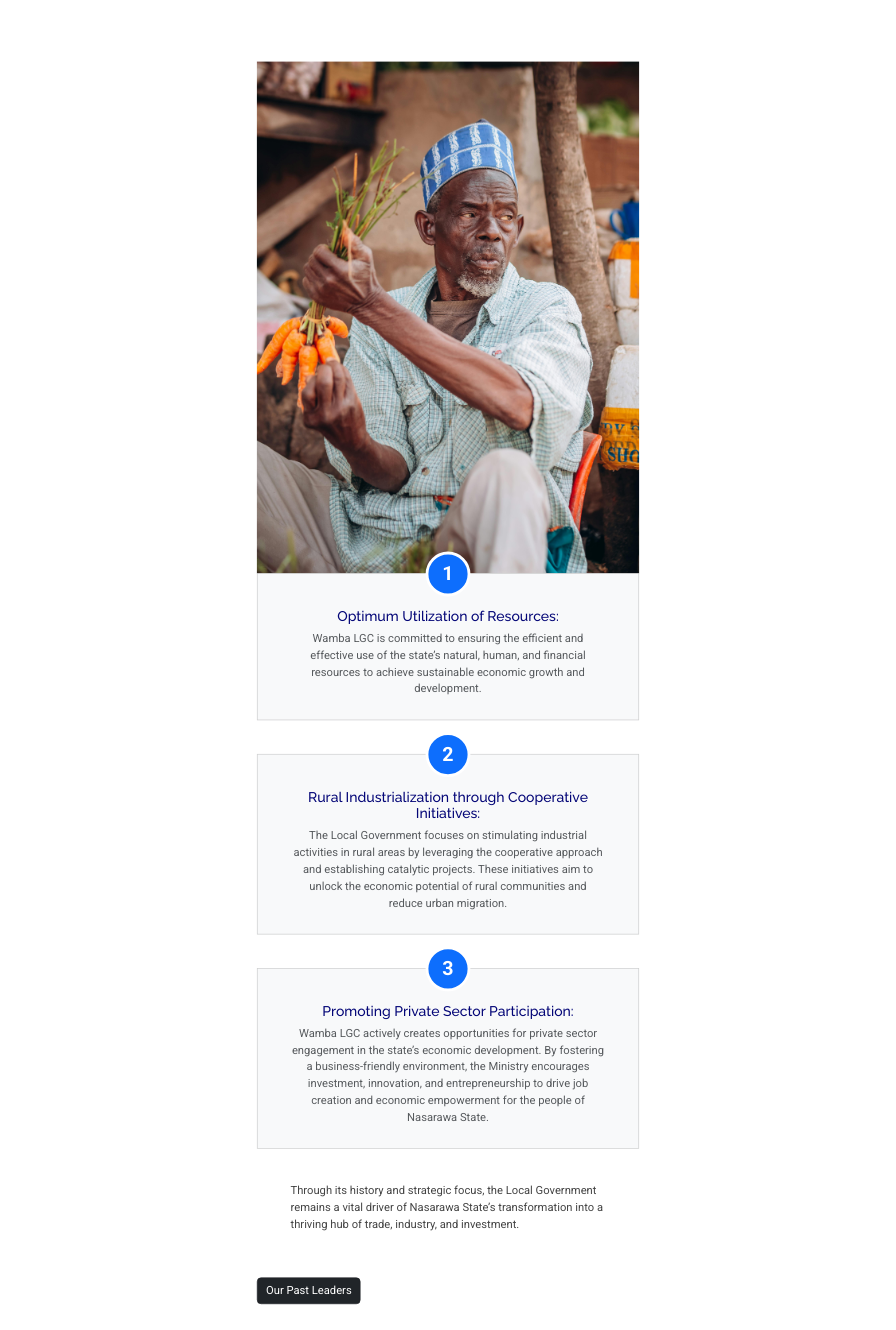
Repository: GlorifiedIntel/wamba-lgc
Page: wamba-history.html
The author's editor kept a copy of each file at every save. The page is drawn from the files as they stood at one save, then again after the next save.
The browser window is 1280 px wide. The pictures show the part of the page from y = 2530 to 4430 px (the page is 4881 px tall before and 4101 px after), at 70% of full size.
A picture or video elsewhere on the page could not be fetched, so the positions and the page height are approximate.

Above is the page before, as saved 2025-02-06 03:18:14.
Console error: TypeError: Cannot read properties of null (reading 'click')

### wamba-history.html
<!DOCTYPE html>
<html lang="en">

<head>
  <meta charset="utf-8">
  <meta http-equiv="X-UA-Compatible" content="IE=edge">
  <meta name="viewport" content="width=device-width, initial-scale=1.0">
  <meta name="format-detection" content="telephone=no">
  <meta name="apple-mobile-web-app-capable" content="yes">
  <meta name="author" content="Kevin Cross Minchakpu">
  <meta name="keywords" content="MTII, Nasarawa, Industry, Trade, Investment, Entrepreneur">
  <meta name="description" content="The Nasarawa State Ministry of Trade, Industry, and Investment promotes economic growth through trade, industrialization, and investment. It supports local industries, attracts investments, and fosters innovation to boost competitiveness and diversify the economy.">

  <!-- Favicons -->
  <link href="assets/img/favicon.png" rel="icon">
  <link href="assets/img/apple-touch-icon.png" rel="apple-touch-icon">

  <!-- Fonts -->
  <link href="https://fonts.googleapis.com" rel="preconnect">
  <link href="https://fonts.gstatic.com" rel="preconnect" crossorigin>
  <link href="https://fonts.googleapis.com/css2?family=Roboto:ital,wght@0,100;0,300;0,400;0,500;0,700;0,900;1,100;1,300;1,400;1,500;1,700;1,900&family=Poppins:ital,wght@0,100;0,200;0,300;0,400;0,500;0,600;0,700;0,800;0,900;1,100;1,200;1,300;1,400;1,500;1,600;1,700;1,800;1,900&family=Raleway:ital,wght@0,100;0,200;0,300;0,400;0,500;0,600;0,700;0,800;0,900;1,100;1,200;1,300;1,400;1,500;1,600;1,700;1,800;1,900&display=swap" rel="stylesheet">

  <!-- Vendor CSS Files -->
  <link href="assets/vendor/bootstrap/css/bootstrap.min.css" rel="stylesheet">
  <link href="assets/vendor/bootstrap-icons/bootstrap-icons.css" rel="stylesheet">
  <link href="assets/vendor/aos/aos.css" rel="stylesheet">
  <link href="assets/vendor/glightbox/css/glightbox.min.css" rel="stylesheet">
  <link href="assets/vendor/swiper/swiper-bundle.min.css" rel="stylesheet">

  <!-- Main CSS File -->
  <link href="assets/css/main.css" rel="stylesheet">
</head>

<body class="index-page">
  <header id="header" class="header d-flex align-items-center fixed-top bg-dark">
    <div class="container-fluid container-xl position-relative d-flex align-items-center justify-content-between">
      <a href="index.html" class="logo d-flex align-items-center">
        <img src="assets/img/logo.png" alt="" >
      </a>
      <nav id="navmenu" class="navmenu">
        <ul>
          <li><a href="index.html">Home</a></li>
          <li class="dropdown"><a href="about-mtii.html" class="active"><span>About</span> <i class="bi bi-chevron-down toggle-dropdown"></i></a>
            <ul>
              <li><a href="about-mtii.html">Nasarawa MTII</a></li>
                  <li><a href="mtii-history.html">MTII History</a></li>
                  <li><a href="the-commissioner.html" >The Commissioner</a></li>
                  <li><a href="the-secretary.html" >The Permanent Secretary</a></li>
                  <li><a href="directors.html" >Our Directors</a></li>
                  <li><a href="contact-us.html" >Our Contact</a></li>
            </ul>
          </li>

          <li class="dropdown"><a href="business-reforms.html"><span>Business Enabling Reforms</span> <i class="bi bi-chevron-down toggle-dropdown"></i></a>
            <ul>
              <li><a href="business-plans.html">Business Enabling Action Plan</a></li>
                  <li><a href="grievance.html">Grievance Redress Mechanism</a></li>
                  <li><a href="application-guidelines.html" >Application Guidelines</a></li>
                  <li><a href="legal-framework.html" >Legal Framework</a></li>
                  <li><a href="investment-opportunities.html" >Investment Opportunities</a></li>
            </ul>
          </li>

          <li class="dropdown"><a href="departments.html"><span>Departments</span> <i class="bi bi-chevron-down toggle-dropdown"></i></a>
            <ul>
              <li><a href="admin.html">Administration & Supply</a></li>
              <li><a href="cooperative.html">Cooperative & Thrift</a></li>
              <li><a href="finance.html">Finance & Account</a></li>
              <li><a href="investment.html">Industry & Investment</a></li>
              <li><a href="planning.html">Planning/Research/Statistics</a></li>
              <li><a href="trade.html">Trade</a></li>
            </ul>
          </li>

          <li class="dropdown"><a href="projects.html"><span>Projects</span> <i class="bi bi-chevron-down toggle-dropdown"></i></a>
            <ul>
              <li><a href="completed.html">Completed Projects</a></li>
                  <li><a href="ongoing.html">Ongoing Projects</a></li>
                  <li><a href="proposed.html" >Proposed Projects</a></li>
            </ul>
          </li>

          <li class="dropdown"><a href="registration.html"><span>Registration</span> <i class="bi bi-chevron-down toggle-dropdown"></i></a>
            <ul>
              <li><a href="howtoregister.html">How To Register</a></li>
                  <li><a href="online-registration.html">Online Registration</a></li>
                  <li><a href="businame-name.html" >Business Name Registration</a></li>
                  <li><a href="business-premises.html" >Business Premises Registration</a></li>
                  <li><a href="faqs.html" >FAQs</a></li>
            </ul>
          </li>
        </ul>
        <i class="mobile-nav-toggle d-xl-none bi bi-list"></i>
      </nav>

    </div>
  </header>

  <main class="main">

    <!-- Page Title -->
    <div class="page-title dark-background" data-aos="fade">
      <div class="heading">
        <div class="container">
          <div class="row d-flex justify-content-center text-center">
            <div class="col-lg-8">
              <h1>Our History</h1>
              <p class="mb-0">The Ministry of Trade, Industry, and Investment (MTII) was established following the creation of Nasarawa State on October 1, 1996, by the then Military Head of State, General Sani Abacha. Since its inception, the Ministry has been at the forefront of driving economic growth and development within the state.</p>
            </div>
          </div>
        </div>
      </div>
      <nav class="breadcrumbs">
        <div class="container">
          <ol>
            <li><a href="index.html">Home</a></li>
            <li><a href="about-mtii.html">About Wamba LGC</a></li>
            <li class="current">Our History</li>
          </ol>
        </div>
      </nav>
    </div><!-- End Page Title -->
    <section id="starter-section" class="starter-section section">
      <div class="container text-center">
        <div class="row justify-content-start">
          <div class="col-md-4 left-column">
            <div class="mtii-vertical-menu">
              <a href="about-mtii.html" class="active">About Wamba LGC</a>
              <a href="about-mtii.html">Our Mission</a>
              <a href="the-commissioner.html">The Executive Chairman</a>
              <a href="the-deputy.html">The Deputy Chairman</a>
              <a href="the-secretary.html">The Secretary</a>
              <a href="departments.html">Departments</a>
              <a href="registration-fee.html">Registration Fees</a>
              <a href="online-registration.html">Registration</a>
              <a href="strategic-plans.html">Strategic Plan</a>
              <a href="climate-change.html">Climate change Information Hub</a>
              <a href="our-history.html">Our History</a>
              <a href="our-policies.html">Our Policies</a>
              <a href="contact-us.html">Contact Us</a>
            </div>
            <img src="assets/img/biz-reform-3.jpg" alt="market" class="img-fluid mt-5">
            <img src="assets/img/medicals-2.jpg" alt="Health Worker" class="img-fluid mt-5">
             </div>
          <div class="col-md-8 right-column text-start">
            <h2>Our History</h2>
            <h3>Creation and Early Years</h3>
            <p>Wamba Local Government Council (LGC) was established in [insert year of creation, if known], as part of the broader local government reforms in Nigeria aimed at bringing governance closer to the people. Located in Nasarawa State, Wamba LGC was carved out to serve the administrative, social, and economic needs of the Wamba community, which is predominantly inhabited by diverse ethnic groups, including the Rindre, Kantana people, among others. The creation of the LGC was a significant milestone in the region’s development, providing a platform for grassroots governance and community-driven progress.            </p>
          <h3>Early Development and Challenges</h3>
          <p>In its early years, Wamba LGC faced numerous challenges, including limited infrastructure, inadequate public services, and a lack of economic opportunities. The council focused on establishing basic administrative structures, improving access to education and healthcare, and fostering unity among the diverse ethnic groups within its jurisdiction. Despite limited resources, the LGC made strides in promoting peace and cooperation among its communities, laying the foundation for future growth.</p>
          <h3>Socio-Economic Growth</h3>
          <p>Over the years, Wamba LGC has experienced significant socio-economic growth, driven by strategic development initiatives and community-driven projects. The council has prioritized infrastructure development, education, healthcare, and agriculture to improve the quality of life for its residents. Through partnerships with government agencies, non-profit organizations, and private sector stakeholders, Wamba LGC has implemented programs to address poverty, unemployment, and social inequality, fostering inclusive growth and sustainable development.</p>
          <h3>Cultural Heritage and Community Life</h3>
          <p>Wamba LGC is renowned for its rich cultural heritage, with traditional festivals, dances, and ceremonies playing a central role in community life. The council has consistently supported efforts to preserve and promote this heritage, fostering a sense of pride and identity among its people. Cultural events have also served as a platform for promoting unity and peaceful coexistence among the diverse ethnic groups in the area.          </p>
          <h3>Recent Developments and Achievements</h3>
          <p>In recent years, Wamba LGC has made significant progress in addressing key challenges and advancing its development agenda. The council has embraced technology and innovation to improve service delivery and governance. Efforts have been made to enhance education and healthcare services, with the construction of new schools and health centers. Infrastructure development has remained a priority, with ongoing projects to improve road networks and provide access to clean water and electricity.          </p>
        <h3>Environmental Sustainability</h3>
        <p>Wamba LGC is committed to environmental sustainability and has implemented initiatives to protect its natural resources and promote eco-friendly practices. The council has supported tree planting campaigns, waste management programs, and renewable energy projects to mitigate the impact of climate change and preserve the region’s biodiversity. By promoting environmental awareness and conservation, Wamba LGC is working to create a greener and more sustainable future for its residents.</p>
        <h3>Community Engagement and Governance</h3>
        <p>Community engagement and participatory governance are central to Wamba LGC’s development approach. The council has established mechanisms for citizen participation, feedback, and collaboration to ensure that community needs and priorities are reflected in its policies and programs. Through town hall meetings, community forums, and stakeholder consultations, Wamba LGC has fostered a culture of transparency, accountability, and inclusivity in its decision-making processes.</p>
        <h3>Vision for the Future</h3>
        <p>Looking ahead, Wamba LGC is committed to building on its achievements and addressing emerging challenges to realize its vision for the future. The council aims to promote sustainable development, economic growth, and social inclusion, guided by principles of equity, justice, and integrity. By harnessing the creativity, resilience, and potential of its people, Wamba LGC seeks to create a vibrant, prosperous, and harmonious community that serves as a model of excellence and innovation in Nasarawa State.</p>
        <h3>Conclusion</h3>
        <p>Wamba Local Government Council has played a pivotal role in the development of the Wamba community, providing essential services, fostering social cohesion, and driving economic progress. Through its commitment to good governance, community engagement, and sustainable development, the council has made significant contributions to the well-being and prosperity of its residents. As Wamba LGC continues on its development journey, it remains dedicated to building a brighter future for its people and creating a legacy of excellence that will endure for generations to come.</p>
        <h2>Major Policy Thrusts</h2>
          <p>Wamba LGC’s policy framework is guided by a comprehensive set of strategic objectives aimed at unlocking Nasarawa State's full economic potential and significantly improving the quality of life for its residents. These objectives are designed to harness the state’s abundant natural resources, human capital, and entrepreneurial spirit, fostering an environment that promotes sustainable development and inclusive growth. By aligning its policies with global best practices and state-specific needs, the Ministry seeks to drive innovation, create jobs, and ensure equitable access to economic opportunities across all sectors. The major policy thrusts include:</p>

      </div>
      </div>
    </section><!-- /Starter Section Section -->
    <div class="container">
       <div class="row justify-content-center">
			<div class="col-md-6">
        <img src="assets/img/local-market.jpg" alt="Local Trader sitting" class="img-fluid mt-5">
				<!-- Step -->
        <div class="card rounded-0 text-center p-3 bg-light px-5 mb-5">
					<div class="d-flex rounded-circle mx-auto align-items-center justify-content-center text-white fs-3 fw-bold bg-primary border border-white border-4" style="width: 4rem; height:4rem; margin-top: -3rem;">
						1
					</div>
					<h5 class="mt-3">Optimum Utilization of Resources:</h5>
					<p class="text-muted">Wamba LGC is committed to ensuring the efficient and effective use of the state’s natural, human, and financial resources to achieve sustainable economic growth and development.</p>
				</div>
				<!-- Step -->
				<div class="card rounded-0 text-center p-3 bg-light px-5 mb-5">
					<div class="d-flex rounded-circle mx-auto align-items-center justify-content-center text-white fs-3 fw-bold bg-primary border border-white border-4" style="width: 4rem; height:4rem; margin-top: -3rem;">
						2
					</div>
					<h5 class="mt-3">Rural Industrialization through Cooperative Initiatives:</h5>
					<p class="text-muted">The Local Government focuses on stimulating industrial activities in rural areas by leveraging the cooperative approach and establishing catalytic projects. These initiatives aim to unlock the economic potential of rural communities and reduce urban migration.</p>
				</div>
				<!-- Step -->
				<div class="card rounded-0 text-center p-3 bg-light px-5 mb-5">
					<div class="d-flex rounded-circle mx-auto align-items-center justify-content-center text-white fs-3 fw-bold bg-primary border border-white border-4" style="width: 4rem; height:4rem; margin-top: -3rem;">
						3
					</div>
					<h5 class="mt-3">Promoting Private Sector Participation:</h5>
					<p class="text-muted">Wamba LGC actively creates opportunities for private sector engagement in the state’s economic development. By fostering a business-friendly environment, the Ministry encourages investment, innovation, and entrepreneurship to drive job creation and economic empowerment for the people of Nasarawa State.</p>
				</div>
        <p class="mx-5">Through its history and strategic focus, the Local Government remains a vital driver of Nasarawa State’s transformation into a thriving hub of trade, industry, and investment.</p>
        <a class="btn btn-dark my-5 align-items-center" href="#" role="button">Our Past Leaders</a>
      </div>
      <div >
     </div>
		</div>
	</div>
    </main>
  <!--Main End-->

<!--Footer Start-->
<footer id="footer" class="footer dark-background">

  <div class="container footer-top">
    <div class="row gy-4">
      <div class="col-lg-4 col-md-6 footer-about">
        <a href="index.html" class="logo d-flex align-items-center">
          <span class="sitename">Nasarawa MTII</span>
        </a>
        <div class="footer-contact pt-3">
          <p>Beside St. Williams Catholic Church,</p>
          <p>Jos Road,</p>
          <p>Lafia, Nasarawa State 535022</p>
          <p class="mt-3"><strong>Phone:</strong> <span>+234 5589 55488 55</span></p>
          <p><strong>Email:</strong> <span>info@mtiinasarawa.com.ng</span></p>
        </div>
        <div class="social-links d-flex mt-4">
          <a href=""><i class="bi bi-twitter-x"></i></a>
          <a href=""><i class="bi bi-facebook"></i></a>
          <a href=""><i class="bi bi-instagram"></i></a>
          <a href=""><i class="bi bi-linkedin"></i></a>
        </div>
      </div>

      <div class="col-lg-2 col-md-3 footer-links">
        <h4>Useful Links</h4>
        <ul>
          <li><a href="index.html">Home</a></li>
          <li><a href="about-mtii.html">About us</a></li>
          <li><a href="services.html">Services</a></li>
          <li><a href="terms-of-use.html">Terms of service</a></li>
          <li><a href="privacy-policy.html">Privacy policy</a></li>
        </ul>
      </div>

      <div class="col-lg-2 col-md-3 footer-links">
        <h4>Our Services</h4>
        <ul>
          <li><a href="business-premises.html">Business Premises Registration</a></li>
          <li><a href="ngo-cbo-registration.html">NGOs/CBOs Registration</a></li>
          <li><a href="fbo-registration.html">FBOS Registration</a></li>
          <li><a href="cooperative-registration.html">Co-operative Society Registration</a></li>
          <li><a href="rent.html">Rent/Leasing/Haulage</a></li>
        </ul>
      </div>

      <div class="col-lg-4 col-md-12 footer-newsletter">
        <h4>Our Newsletter</h4>
        <p>Subscribe to our newsletter and receive the latest news about our services!</p>
        <form action="forms/newsletter.php" method="post" class="php-email-form">
          <div class="newsletter-form"><input type="email" name="email"><input type="submit" value="Subscribe"></div>
          <div class="loading">Loading</div>
          <div class="error-message"></div>
          <div class="sent-message">Your subscription request has been sent. Thank you!</div>
        </form>
      </div>

    </div>
  </div>

  <div class="container-fluid copyright text-center mt-4 bg-dark">
    <p>© <span>Copyright</span> <strong class="px-1 sitename">Nasarawa State MTII</strong> <span>All Rights Reserved</span></p>
    <div class="credits">
      Designed & Developed by <a href="https://kevinomics.com/">Kevin Cross Minchakpu</a> Powered By <a href="https://octatesystems.com">Octate Systems</a>
    </div>
  </div>

</footer>

<!-- Scroll Top -->

<button id="scroll-top" class="scroll-top d-flex bg-dark align-items-center justify-content-center"><i class="bi bi-arrow-up-short"></i></button>
<!-- Preloader -->
<div id="preloader"></div>

<!-- Vendor JS Files -->
<script src="assets/vendor/bootstrap/js/bootstrap.bundle.min.js"></script>
<script src="assets/vendor/php-email-form/validate.js"></script>
<script src="assets/vendor/aos/aos.js"></script>
<script src="assets/vendor/glightbox/js/glightbox.min.js"></script>
<script src="assets/vendor/purecounter/purecounter_vanilla.js"></script>
<script src="assets/vendor/swiper/swiper-bundle.min.js"></script>

<!-- Main JS File -->
<script src="assets/js/main.js"></script>
<script src="assets/js/reforms.js"></script>

</body>

</html>

Loaded but not shown: assets/vendor/bootstrap/css/bootstrap.min.css (library); assets/vendor/bootstrap-icons/bootstrap-icons.css (library); assets/vendor/aos/aos.css (library); assets/vendor/glightbox/css/glightbox.min.css (library); assets/vendor/swiper/swiper-bundle.min.css (library); assets/vendor/bootstrap/js/bootstrap.bundle.min.js (library); assets/vendor/php-email-form/validate.js (common file); assets/vendor/aos/aos.js (library); assets/vendor/glightbox/js/glightbox.min.js (library); assets/vendor/purecounter/purecounter_vanilla.js (library); assets/vendor/swiper/swiper-bundle.min.js (library); assets/js/main.js (181 lines, source omitted); assets/js/reforms.js (43 lines, source omitted); assets/css/main.css (1741 lines, source omitted)

After the next save:
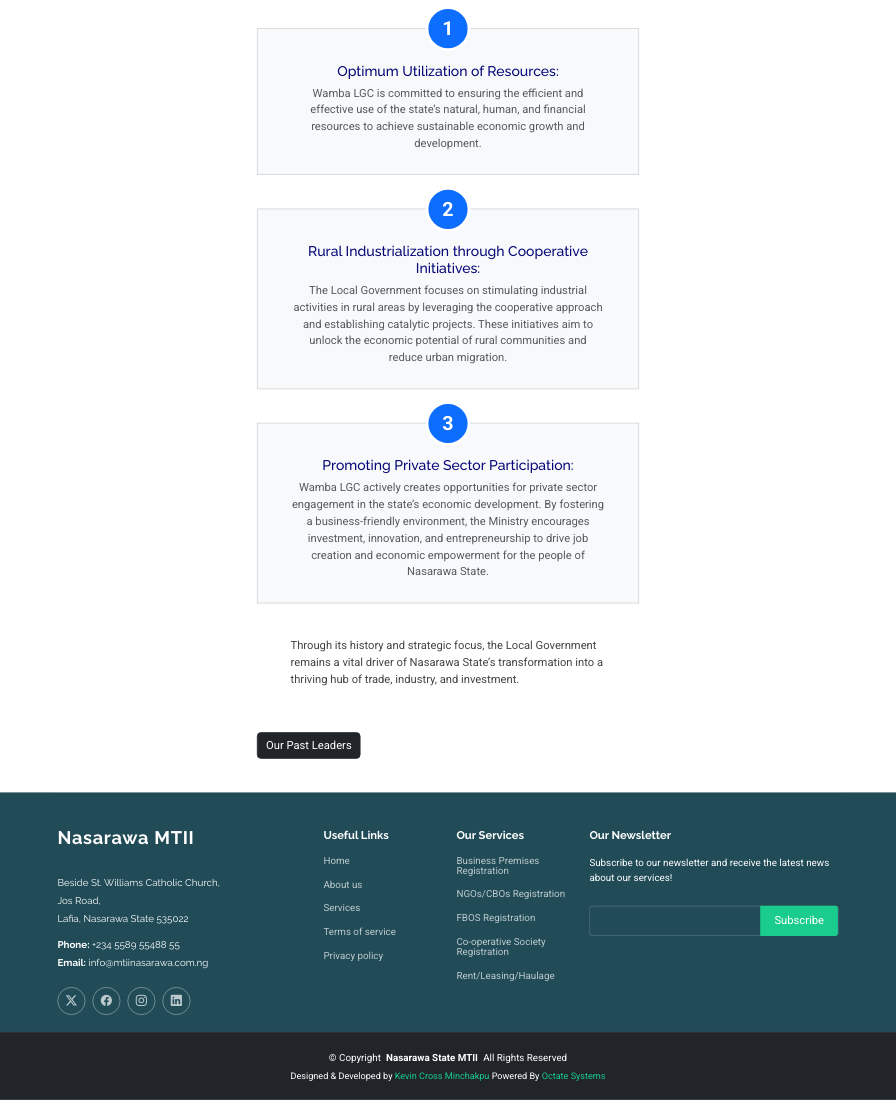
Saved 17 s later.
--- a/wamba-history.html
+++ b/wamba-history.html
@@ -171,7 +171,6 @@
     <div class="container">
        <div class="row justify-content-center">
 			<div class="col-md-6">
-        <img src="assets/img/local-market.jpg" alt="Local Trader sitting" class="img-fluid mt-5">
 				<!-- Step -->
         <div class="card rounded-0 text-center p-3 bg-light px-5 mb-5">
 					<div class="d-flex rounded-circle mx-auto align-items-center justify-content-center text-white fs-3 fw-bold bg-primary border border-white border-4" style="width: 4rem; height:4rem; margin-top: -3rem;">
